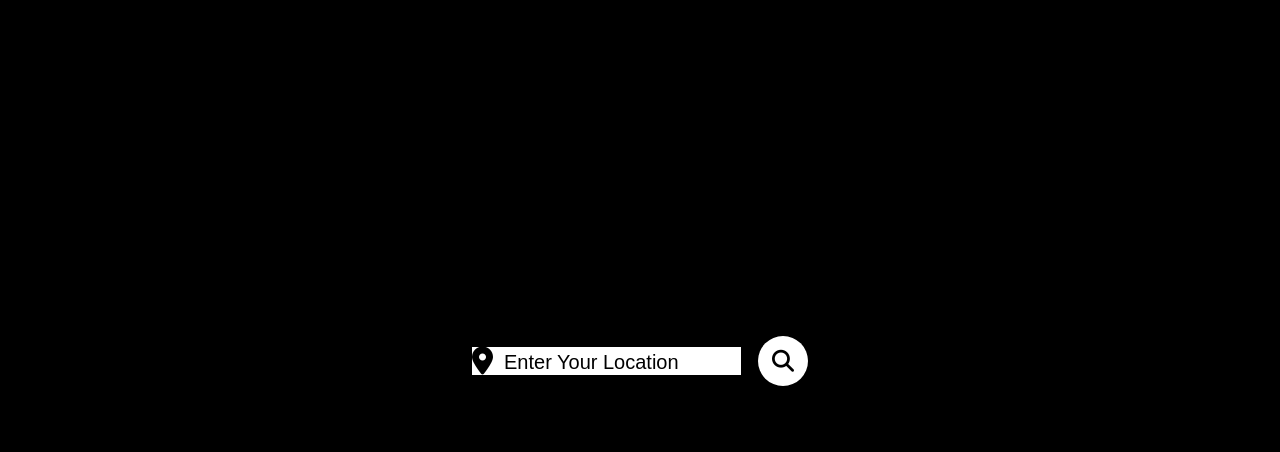
Repository: Pr1s0n3r627/weather
Page: index.html
The author's editor kept a copy of each file at every save. The page is drawn from the files as they stood at one save, then again after a run of saves.
The browser window is 1280 px wide. The pictures show the whole page.
Some web libraries are served in a nearby version.

Above is the page before, as saved 2024-05-19 00:15:12.

### index.html
<!DOCTYPE html>
<html lang="en">

<head>
    <meta charset="UTF-8">
    <meta http-equiv="X-UA-Compatible" content="IE=edge">
    <meta name="viewport" content="width=device-width, initial-scale=1.0">
    <link
        href="https://fonts.googleapis.com/css2?family=Poppins:wght@300;400;500;600;700;800;900&family=Roboto:wght@300;400;500;700;900&display=swap"
        rel="stylesheet">
    <link rel="stylesheet" href="style.css">
    <title>Day #10 - Weather App | AsmrProg</title>
</head>

<body>

    <div class="container">
        <div class="search-box">
            <i class="fa-solid fa-location-dot"></i>
            <input type="text" placeholder="Enter your location">
            <button class="fa-solid fa-magnifying-glass"></button>
        </div>

        <div class="not-found">
            <img src="not-found.png">
            <p>Oops! Invalid location :/</p>
        </div>

        <div class="weather-box">
            <img src="">
            <p class="temperature"></p>
            <p class="description"></p>
        </div>

        <div class="weather-details">
            <div class="humidity">
                <i class="fa-solid fa-water"></i>
                <div class="text">
                    <span></span>
                    <p>Humidity</p>
                </div>
            </div>
            <div class="wind">
                <i class="fa-solid fa-wind"></i>
                <div class="text">
                    <span></span>
                    <p>Wind Speed</p>
                </div>
            </div>
        </div>

    </div>

    <script src="https://kit.fontawesome.com/7c8801c017.js" crossorigin="anonymous"></script>
    <script src="index.js"></script>
</body>

</html>

### style.css
*{
    margin: 0;
    padding: 0;
    border: 0;
    outline: none;
    box-sizing: border-box;
}

body{
    height: 100vh;
    display: flex;
    align-items: center;
    justify-content: center;
    background: #000000;
}

.container{
    position: relative;
    width: 400px;
    height: 105px;
    background: #000000;
    padding: 28px 32px;
    overflow: hidden;
    border-radius: 18px;
    font-family: 'Roboto', sans-serif;
    transition: 0.6s ease-out;
}

.search-box{
    width: 100%;
    height: min-content;
    display: flex;
    align-items: center;
    justify-content: space-between;
}

.search-box input{
    color: #000000;
    width: 80%;
    font-size: 24px;
    font-weight: 500;
    text-transform: uppercase;
    padding-left: 32px;
}

.search-box input::placeholder{
    font-size: 20px;
    font-weight: 500;
    color: #000000;
    text-transform: capitalize;
}

.search-box button{
    cursor: pointer;
    width: 50px;
    height: 50px;
    color: #000000;
    background: #ffffff;
    border-radius: 50%;
    font-size: 22px;
    transition: 0.4s ease;
}

.search-box button:hover{
    color: #ffffff;
    background: #000000;
}

.search-box i{
    position: absolute;
    color: #000000;
    font-size: 28px;
}

.weather-box{
    text-align: center;
}

.weather-box img{
    width: 60%;
    margin-top: 30px;
}

.weather-box .temperature{
    position: relative;
    color: #000000;
    font-size: 4rem;
    font-weight: 800;
    margin-top: 30px;
    margin-left: -16px;
}

.weather-box .temperature span{
    position: absolute;
    margin-left: 4px;
    font-size: 1.5rem;
}

.weather-box .description{
    color: #000000;
    font-size: 22px;
    font-weight: 500;
    text-transform: capitalize;
}

.weather-details{
    width: 100%;
    display: flex;
    justify-content: space-between;
    margin-top: 30px;
}

.weather-details .humidity, .weather-details .wind{
    display: flex;
    align-items: center;
    width: 50%;
    height: 100px;
}

.weather-details .humidity{
    padding-left: 20px;
    justify-content: flex-start;
}

.weather-details .wind{
    padding-right: 20px;
    justify-content: flex-end;
}

.weather-details i{
    color: #000000;
    font-size: 26px;
    margin-right: 10px;
    margin-top: 6px;
}

.weather-details span{
    color: #000000;
    font-size: 22px;
    font-weight: 500;
}

.weather-details p{
    color: #000000;
    font-size: 14px;
    font-weight: 500;
}

.not-found{
    width: 100%;
    text-align: center;
    margin-top: 50px;
    scale: 0;
    opacity: 0;
    display: none;
}

.not-found img{
    width: 70%;
}

.not-found p{
    color: #000000;
    font-size: 22px;
    font-weight: 500;
    margin-top: 12px;
}

.weather-box, .weather-details{
    scale: 0;
    opacity: 0;
}

.fadeIn{
    animation: 0.1s fadeIn forwards;
    animation-delay: 0.1s;
}

@keyframes fadeIn{
    to {
        scale: 1;
        opacity: 1;
    }
}

### index.js
const container = document.querySelector('.container');
const search = document.querySelector('.search-box button');
const weatherBox = document.querySelector('.weather-box');
const weatherDetails = document.querySelector('.weather-details');
const error404 = document.querySelector('.not-found');

search.addEventListener('click', () => {

    const APIKey = '31178648be1d7e33f1973f3df9c4405a';
    const city = document.querySelector('.search-box input').value;

    if (city === '')
        return;

    fetch(`https://api.openweathermap.org/data/2.5/weather?q=${city}&units=metric&appid=${APIKey}`)
        .then(response => response.json())
        .then(json => {

            if (json.cod === '404') {
                container.style.height = '500px';
                weatherBox.style.display = 'none';
                weatherDetails.style.display = 'none';
                error404.style.display = 'block';
                error404.classList.add('fadeIn');
                return;
            }

            error404.style.display = 'none';
            error404.classList.remove('fadeIn');

            const image = document.querySelector('.weather-box img');
            const temperature = document.querySelector('.weather-box .temperature');
            const description = document.querySelector('.weather-box .description');
            const humidity = document.querySelector('.weather-details .humidity span');
            const wind = document.querySelector('.weather-details .wind span');

            switch (json.weather[0].main) {
                case 'Clear':
                    image.src = 'images/clear.png';
                    break;

                case 'Rain':
                    image.src = 'images/rain.png';
                    break;

                case 'Snow':
                    image.src = 'images/snow.png';
                    break;

                case 'Clouds':
                    image.src = 'images/cloud.png';
                    break;

                case 'Haze':
                    image.src = 'images/mist.png';
                    break;

                default:
                    image.src = '';
            }

            temperature.innerHTML = `${parseInt(json.main.temp)}<span>°C</span>`;
            description.innerHTML = `${json.weather[0].description}`;
            humidity.innerHTML = `${json.main.humidity}%`;
            wind.innerHTML = `${parseInt(json.wind.speed)}Km/h`;

            weatherBox.style.display = '';
            weatherDetails.style.display = '';
            weatherBox.classList.add('fadeIn');
            weatherDetails.classList.add('fadeIn');
            container.style.height = '590px';


        });


});

After the next 2 saves:
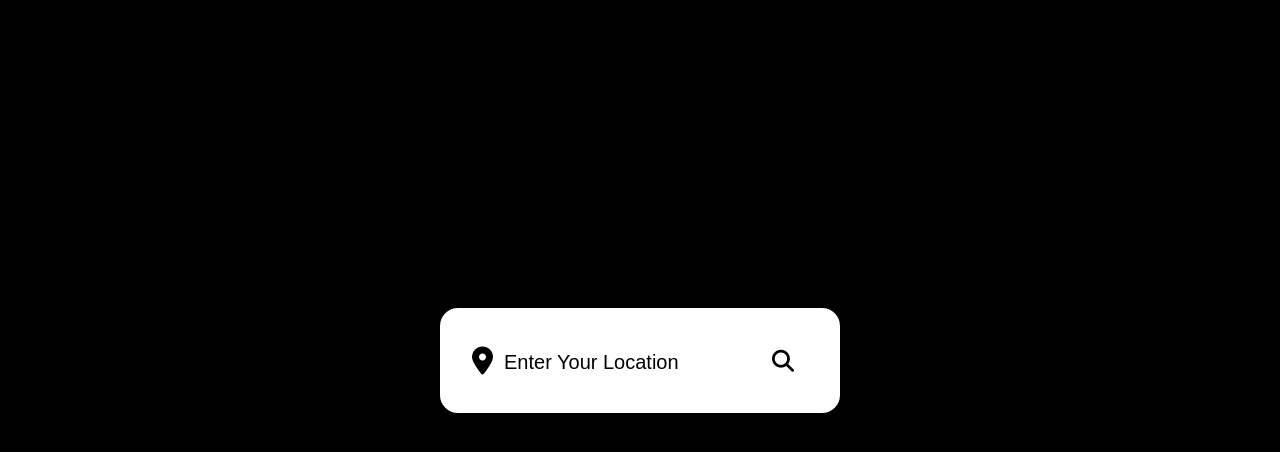
The 2 saves are shown as one change because they came seconds apart.
The last was saved 12 s later.
--- a/style.css
+++ b/style.css
@@ -18,7 +18,7 @@ body{
     position: relative;
     width: 400px;
     height: 105px;
-    background: #000000;
+    background: #ffffff;
     padding: 28px 32px;
     overflow: hidden;
     border-radius: 18px;
